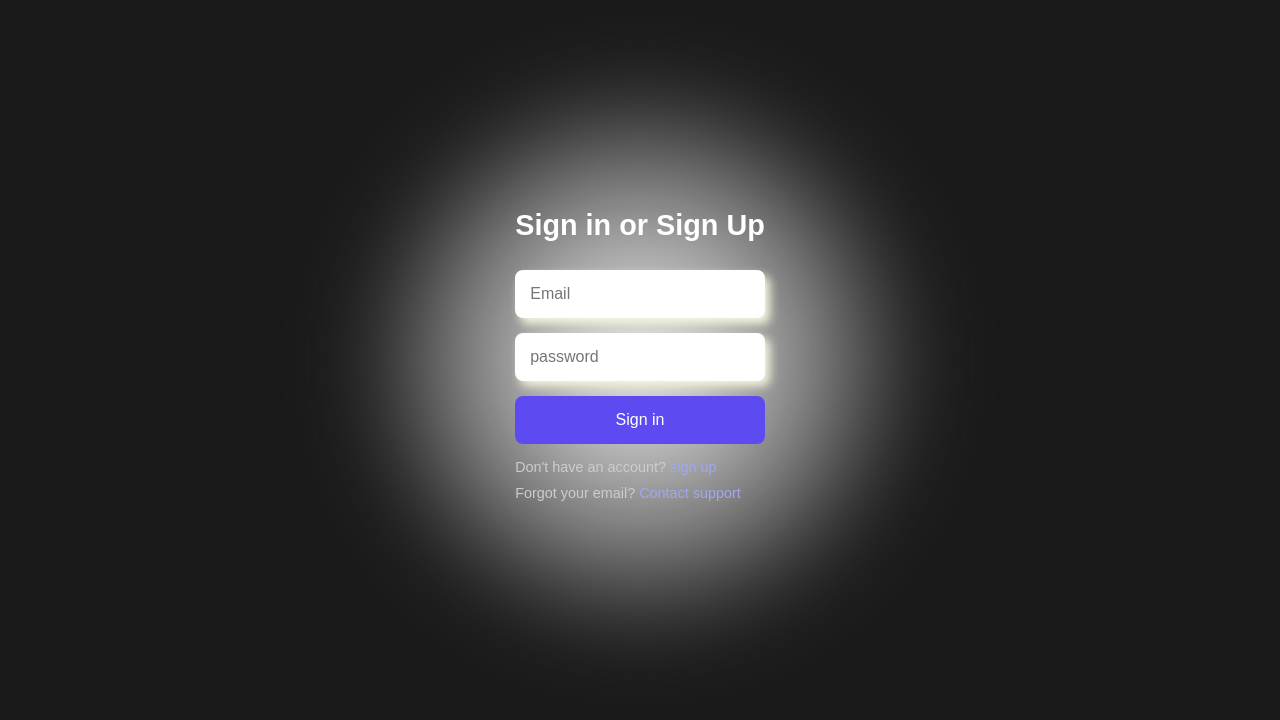
Repository: cmd-keyu/mobileppsh
Page: pages/login.html
An editor plug-in stored every save of this project. The page is shown before and after the next save, followed by the edit.
The browser window is 1280 px wide. The pictures show the whole page.

Above is the page before, as saved 2024-11-12 12:22:36.

After the next save:
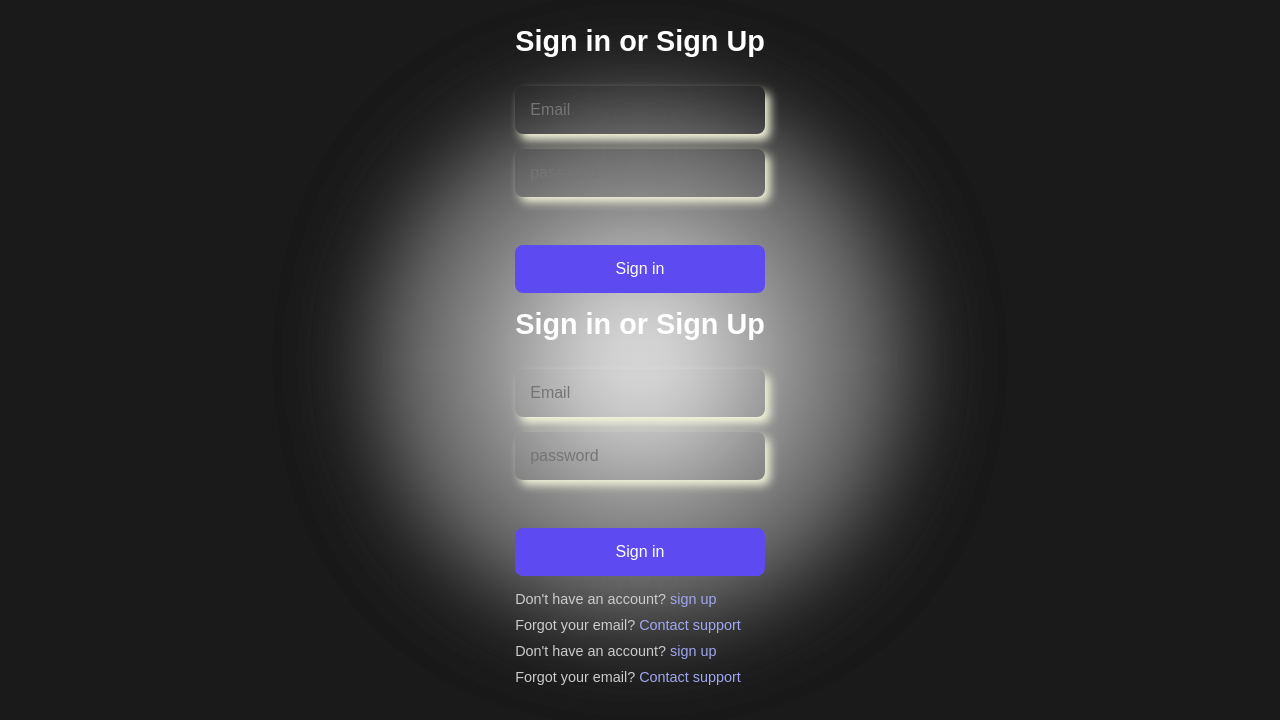
Console error: SyntaxError: Identifier 'sign_up' has already been declared
Saved 4 s later.
--- a/pages/login.html
+++ b/pages/login.html
@@ -18,15 +18,54 @@
             <input type="text" placeholder="name" class="disabled-btn hi">
             <br>
             <br>
-            <input type="text" placeholder="address (Optional)">
+            <input type="text" placeholder="address (Optional)" class="hi">
             <br>
             </div>
-        <input type="email" placeholder="Email" required>
-        <input type="password" placeholder="password" required>
+        <input type="email" placeholder="Email" required class="hi">
+        <input type="password" placeholder="password" required class="hi">
+        <br>
         <button type="submit" class="sign-in-btn-hide">Sign in</button>
         <button type="submit" class="sign-up-btn-hide">Sign up</button>
       </form>
-      <div class="support">
+      <div class="support"><!DOCTYPE html>
+        <html lang="en">
+        <head>
+          <meta charset="UTF-8">
+          <meta name="viewport" content="width=device-width, initial-scale=1.0">
+          <title>Sign In Form</title>
+          <link rel="stylesheet" href="../css/login.css">
+          <script src="../javascript/login.js" defer></script>
+        </head>
+        <body>
+          <div class="container">
+            <div class="glow-box">
+              <h2 style="color: white;">Sign in or Sign Up</h2>
+              <br>
+              <!-- <p>All that is required is only your email for sign-up or sign-in!!</p> -->
+              <form action="account.html">
+                <div class="sign-up">
+                    <input type="text" placeholder="name" class="disabled-btn hi">
+                    <br>
+                    <br>
+                    <input type="text" placeholder="address (Optional)" class="hi">
+                    <br>
+                    </div>
+                <input type="email" placeholder="Email" required class="hi">
+                <input type="password" placeholder="password" required class="hi">
+                <br>
+                <button type="submit" class="sign-in-btn-hide">Sign in</button>
+                <button type="submit" class="sign-up-btn-hide">Sign up</button>
+              </form>
+              <div class="support">
+                <p class="sign-up-text-hide">Don't have an account? <label for="sign-up-btn" class="colorsnup">sign up</label><button class="sign-up-btn hide-btn2" id="sign-up-btn">sign up</button></p>
+                <p class="sign-in-text-hide">Already have an account? <label for="sign-in-btn" class="colorsnup">sign in</label><button class="sign-in-btn hide-btn2" id="sign-in-btn">sign in</button></p>
+                <p>Forgot your email? <a href="#">Contact support</a></p>
+              </div>
+            </div>
+          </div>
+        </body>
+        </html>
+
         <p class="sign-up-text-hide">Don't have an account? <label for="sign-up-btn" class="colorsnup">sign up</label><button class="sign-up-btn hide-btn2" id="sign-up-btn">sign up</button></p>
         <p class="sign-in-text-hide">Already have an account? <label for="sign-in-btn" class="colorsnup">sign in</label><button class="sign-in-btn hide-btn2" id="sign-in-btn">sign in</button></p>
         <p>Forgot your email? <a href="#">Contact support</a></p>

After the 3 saves that followed:
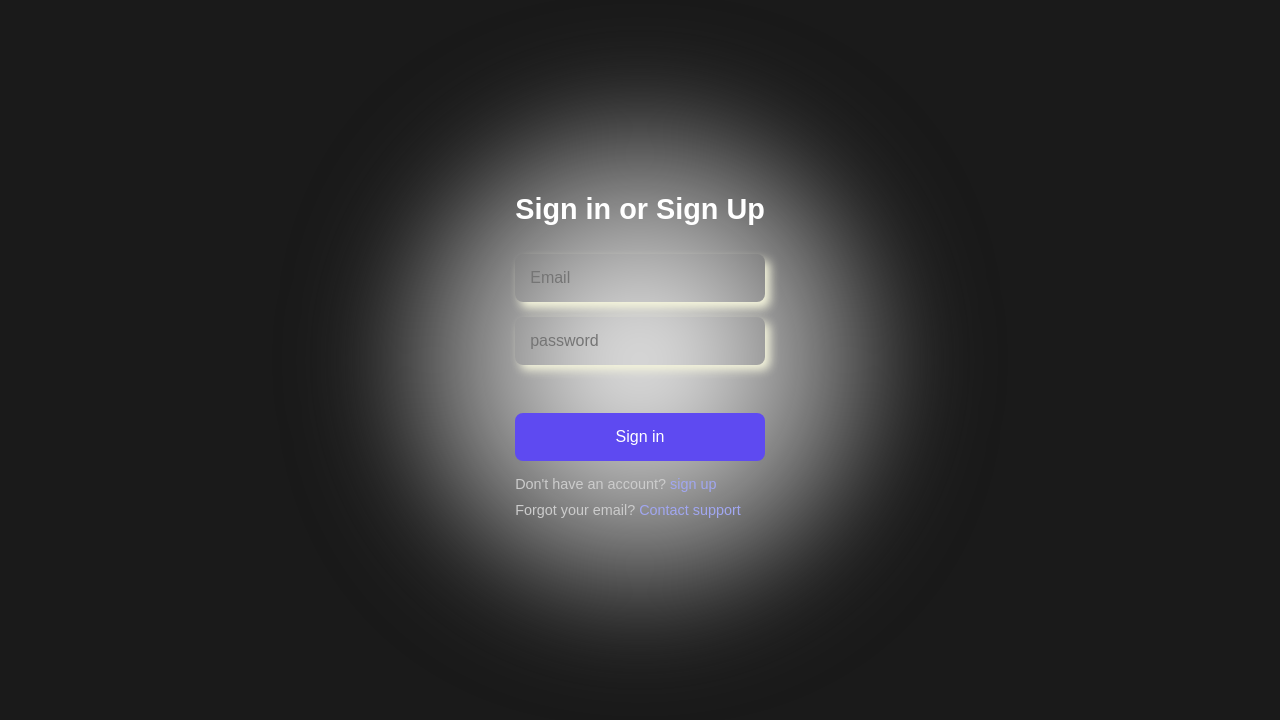
The error is gone.
The 3 saves are shown as one change because 1 left the picture as it was and some came seconds apart.
The last was saved 13 s later.
--- a/pages/login.html
+++ b/pages/login.html
@@ -27,45 +27,7 @@
         <button type="submit" class="sign-in-btn-hide">Sign in</button>
         <button type="submit" class="sign-up-btn-hide">Sign up</button>
       </form>
-      <div class="support"><!DOCTYPE html>
-        <html lang="en">
-        <head>
-          <meta charset="UTF-8">
-          <meta name="viewport" content="width=device-width, initial-scale=1.0">
-          <title>Sign In Form</title>
-          <link rel="stylesheet" href="../css/login.css">
-          <script src="../javascript/login.js" defer></script>
-        </head>
-        <body>
-          <div class="container">
-            <div class="glow-box">
-              <h2 style="color: white;">Sign in or Sign Up</h2>
-              <br>
-              <!-- <p>All that is required is only your email for sign-up or sign-in!!</p> -->
-              <form action="account.html">
-                <div class="sign-up">
-                    <input type="text" placeholder="name" class="disabled-btn hi">
-                    <br>
-                    <br>
-                    <input type="text" placeholder="address (Optional)" class="hi">
-                    <br>
-                    </div>
-                <input type="email" placeholder="Email" required class="hi">
-                <input type="password" placeholder="password" required class="hi">
-                <br>
-                <button type="submit" class="sign-in-btn-hide">Sign in</button>
-                <button type="submit" class="sign-up-btn-hide">Sign up</button>
-              </form>
-              <div class="support">
-                <p class="sign-up-text-hide">Don't have an account? <label for="sign-up-btn" class="colorsnup">sign up</label><button class="sign-up-btn hide-btn2" id="sign-up-btn">sign up</button></p>
-                <p class="sign-in-text-hide">Already have an account? <label for="sign-in-btn" class="colorsnup">sign in</label><button class="sign-in-btn hide-btn2" id="sign-in-btn">sign in</button></p>
-                <p>Forgot your email? <a href="#">Contact support</a></p>
-              </div>
-            </div>
-          </div>
-        </body>
-        </html>
-
+      <div class="support">
         <p class="sign-up-text-hide">Don't have an account? <label for="sign-up-btn" class="colorsnup">sign up</label><button class="sign-up-btn hide-btn2" id="sign-up-btn">sign up</button></p>
         <p class="sign-in-text-hide">Already have an account? <label for="sign-in-btn" class="colorsnup">sign in</label><button class="sign-in-btn hide-btn2" id="sign-in-btn">sign in</button></p>
         <p>Forgot your email? <a href="#">Contact support</a></p>
